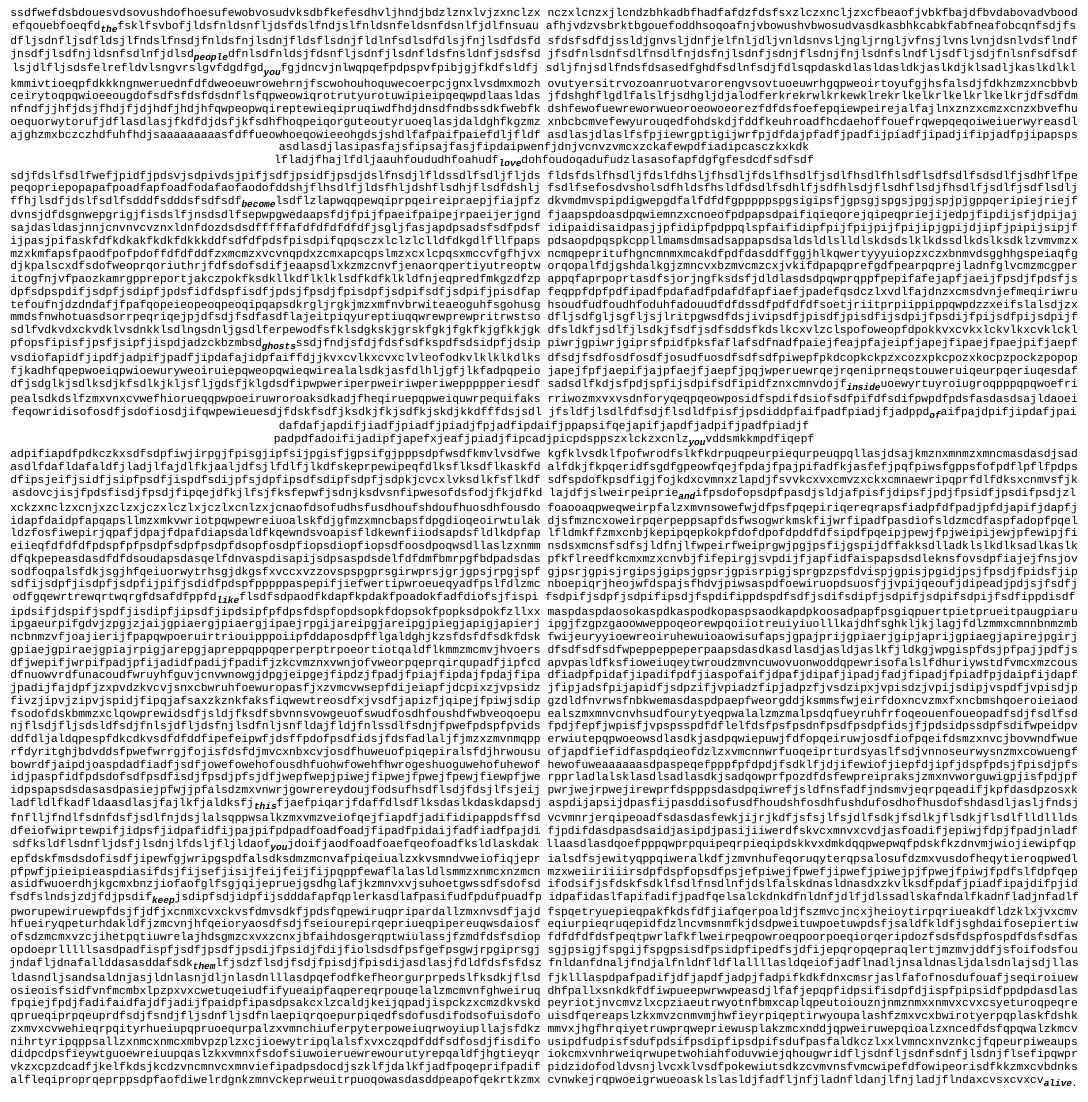
Repository: zhanj122/zhanj122.github.io
Page: composition/index2.html
The author's editor kept a record of every edit. The page is drawn from the files as they stood at one moment, then again after the next edit.
The browser window is 1280 px wide. The pictures show the whole page, at 85% of full size.

Above is the page before.

After the next edit:
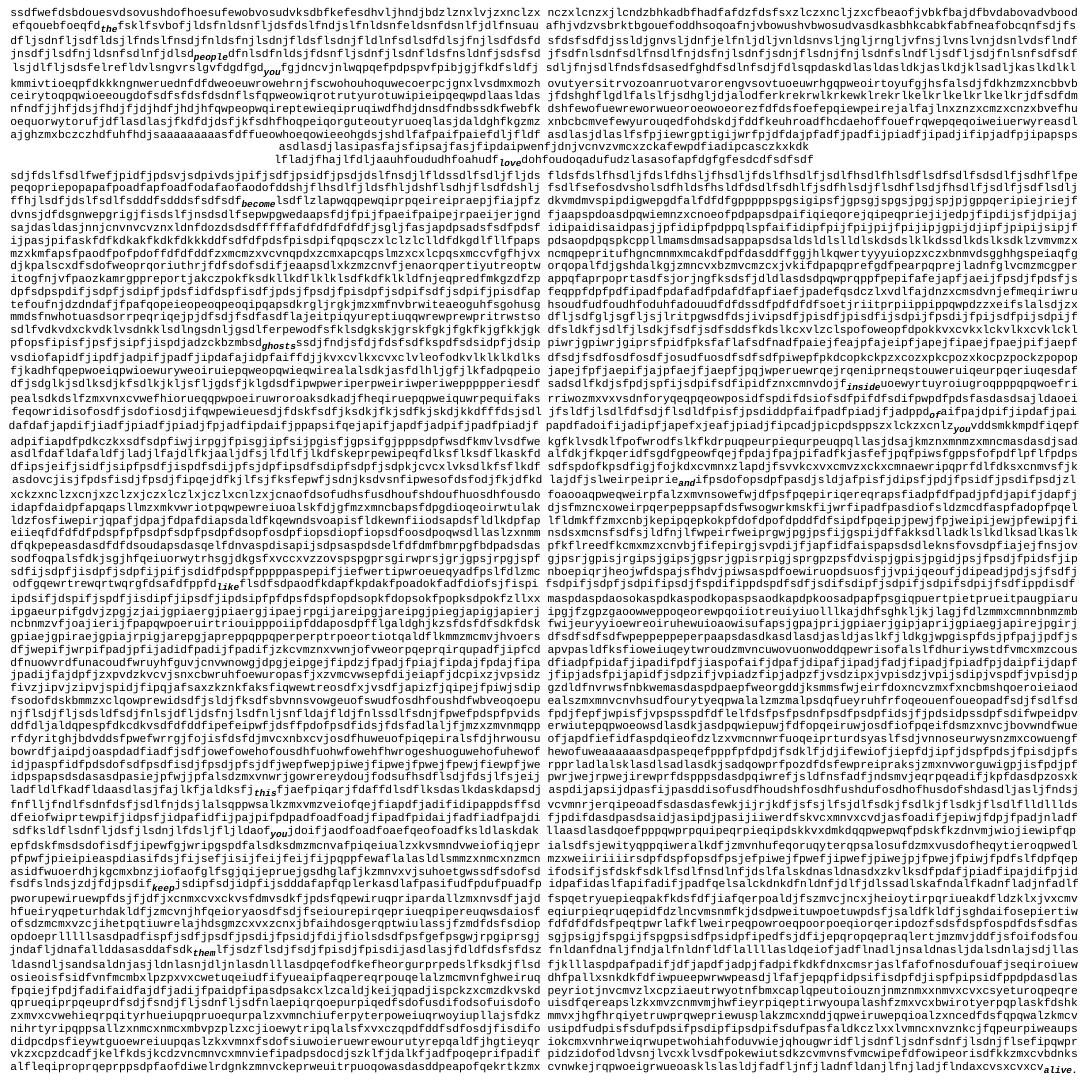
The edit:
--- a/composition/index2.html
+++ b/composition/index2.html
@@ -66,7 +66,7 @@
   feqowridisofosdfjsdofiosdjifqwpewieuesdjfdskfsdfjksdkjfkjsdfkjskdjkkdfffdsjsdl
   jfsldfjlsdlfdfsdjflsdldfpisfjpsdiddpfaifpadfpiadjfjadppd<sub><strong><em>of</sub></strong></em>aifpajdpifjipdafjpai
   dafdafjapdifjiadfjpiadfjpiadjfpjadfipdaifjppapsifqejapifjapdfjadpifjpadfpiadjf
-  padpdfadoifijadipfjapefxjeafjpiadjfipcadjpicpdsppszxlckzxcnlz<sub><strong><em>you</sub></strong></em>vddsmkkmpdfiqepf
+  papdfadoifijadipfjapefxjeafjpiadjfipcadjpicpdsppszxlckzxcnlz<sub><strong><em>you</sub></strong></em>vddsmkkmpdfiqepf
   adpifiapdfpdkczkxsdfsdpfiwjirpgjfpisgjipfsijpgisfjgpsifgjpppsdpfwsdfkmvlvsdfwe
   kgfklvsdklfpofwrodfslkfkdrpuqpeurpiequrpeuqpqllasjdsajkmznxmnmzxmncmasdasdjsad
   asdlfdafldafaldfjladjlfajdlfkjaaljdfsjlfdlfjlkdfskeprpewipeqfdlksflksdflkaskfd
